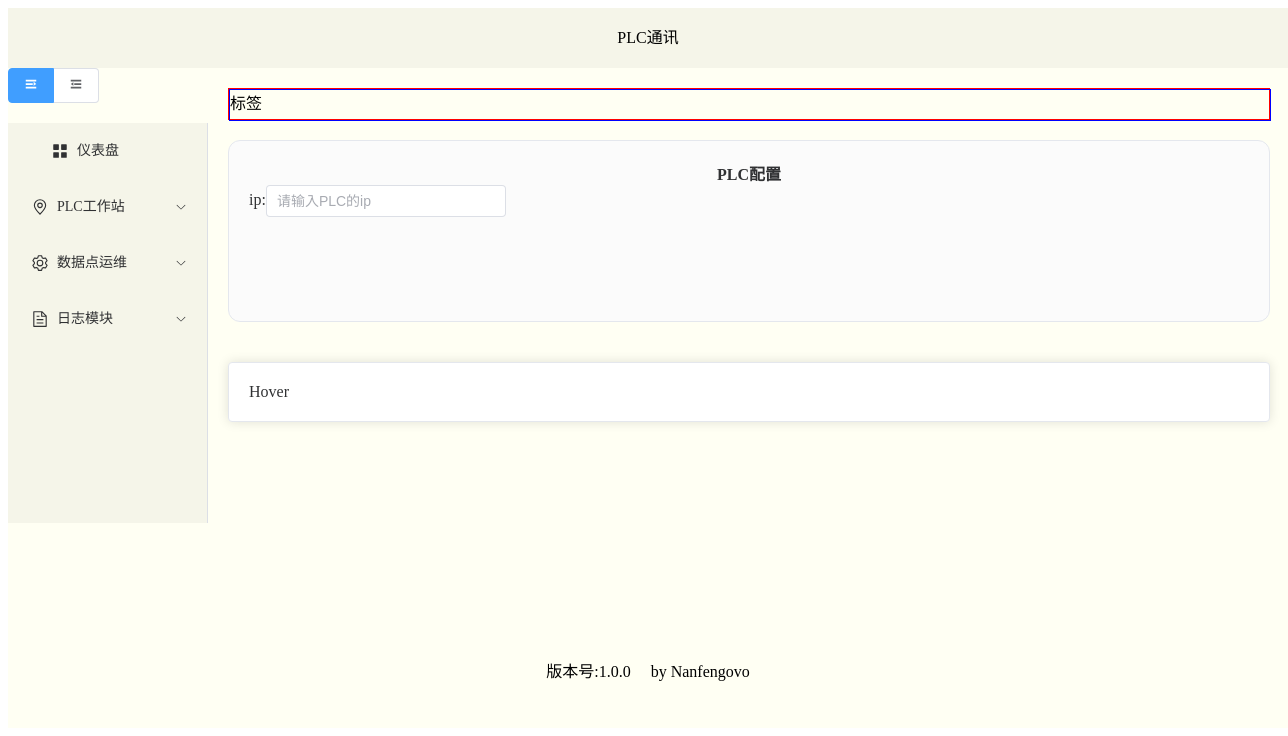
Repository: nanfengovo/HelperWorkStation
Page: /#/frameWork/PLCWorkstation/PLC (app in HelperWorkStation/plchelper-ui/)
The author's editor kept a copy of each file at every save. The page is drawn from the files as they stood at one save, then again after the next save.
The browser window is 1280 px wide. The page is 1288 px wide, so the pictures cover 1288 px, including what lies to the right of the window. The pictures show the whole page.
The project was rebuilt for these pictures with package versions that can differ from the ones it lists, and the page was loaded fresh each time. Also part of the build but not shown: HelperWorkStation/plchelper-ui/vite.config.ts, HelperWorkStation/plchelper-ui/src/views/Login/index.vue.

Above is the page before, as saved 2024-12-27 16:06:43.

After the next save:
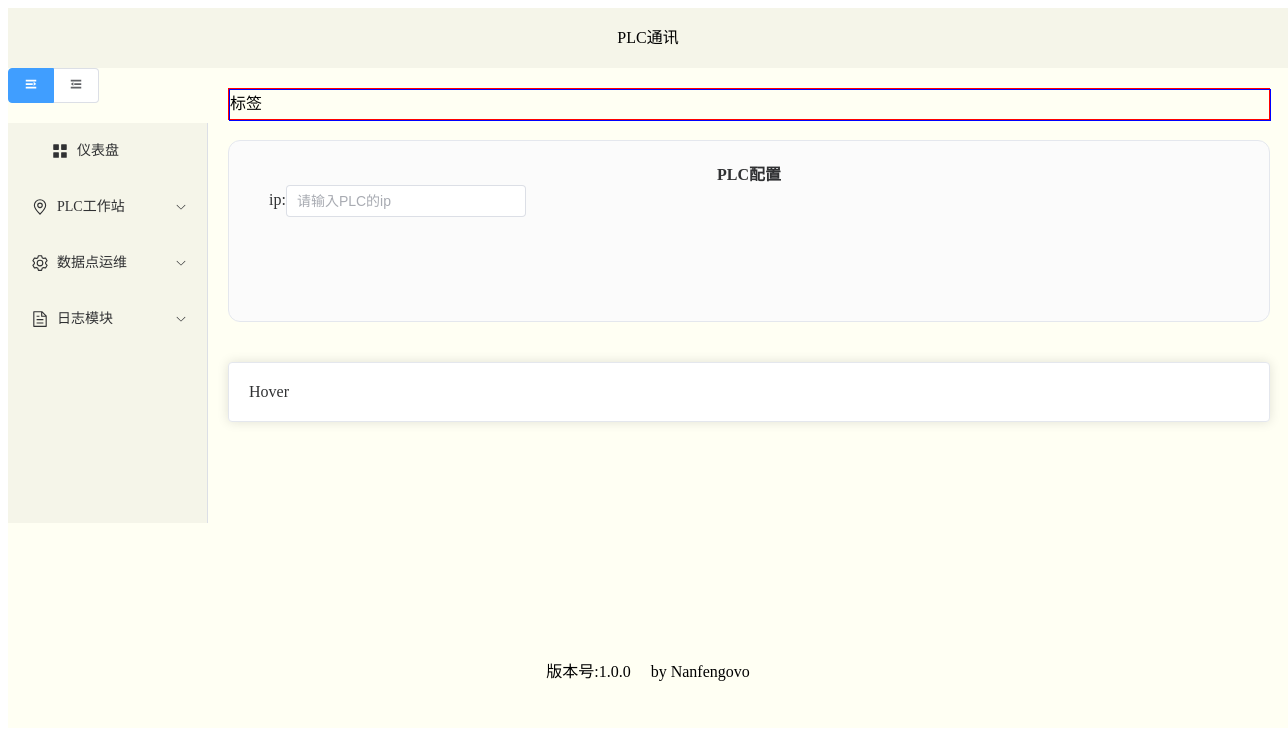
Saved 119 s later.
--- a/HelperWorkStation/plchelper-ui/src/views/FrameWork/layout/PLCWorkstation/PLC/index.vue
+++ b/HelperWorkStation/plchelper-ui/src/views/FrameWork/layout/PLCWorkstation/PLC/index.vue
@@ -5,13 +5,15 @@
                         <h4>PLC配置</h4>
                     </div>
                     <div class="card-top-content">
-                        <label>ip:</label>
-                        <el-input
-                            v-model="inputIP"
-                            style="width: 240px"
-                            placeholder="请输入PLC的ip"
-                            clearable
-                        />
+                        <div class="content-ip">
+                            <label>ip:</label>
+                            <el-input
+                                v-model="inputIP"
+                                style="width: 240px"
+                                placeholder="请输入PLC的ip"
+                                clearable
+                            />
+                        </div>
                     </div>
         </el-card>
         <el-card style="width: 100%" shadow="always">Hover</el-card>
@@ -45,5 +47,7 @@ h4 {
     justify-content: center;
     margin: 0 auto; /* 水平居中 */
 }
-
+.content-ip{
+    margin-left: 20px;
+}
 </style>
